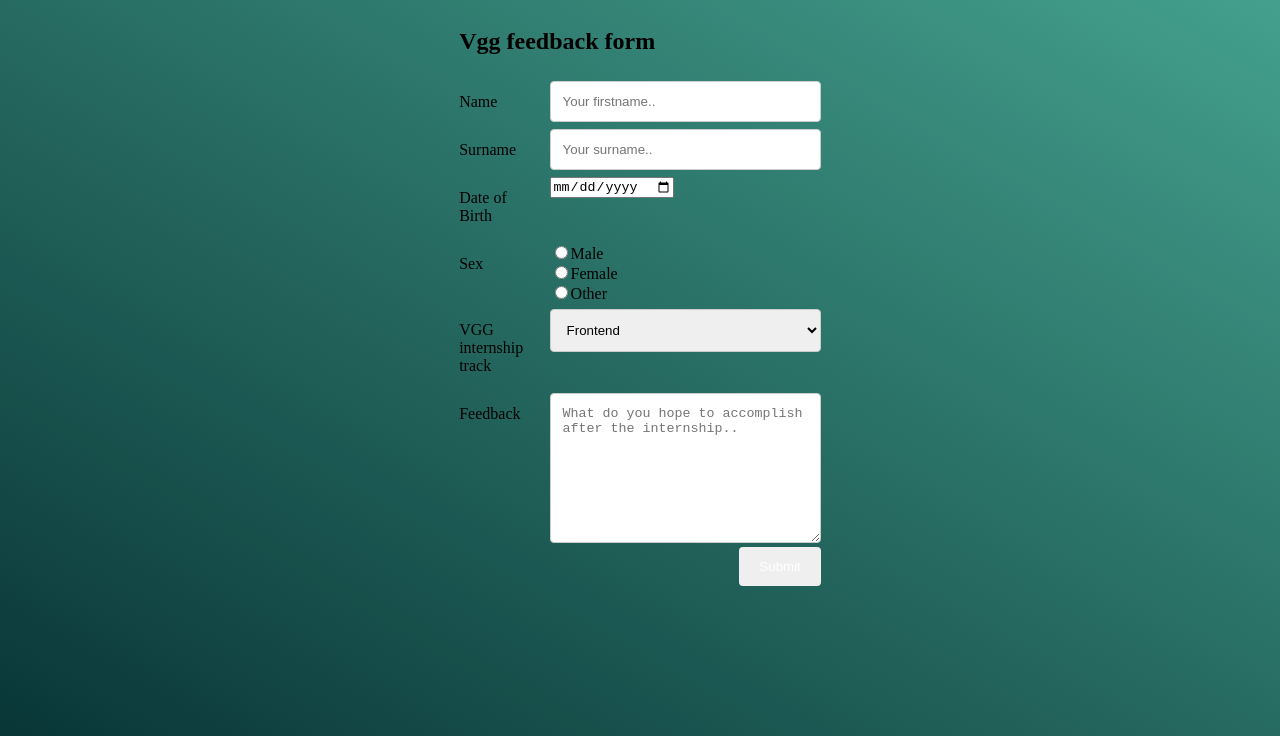
Repository: iphyokafor/VGG-Feedback-form
Page: index2.html
An editor plug-in stored every save of this project. The page is shown before and after the next save, followed by the edit.
The browser window is 1280 px wide. The pictures show the whole page.

Above is the page before, as saved 2020-01-13 00:32:27.

### index2.html
<!DOCTYPE html>
<html lang="en">

<head>
    <meta charset="UTF-8">
    <meta name="viewport" content="width=device-width, initial-scale=1.0">
    <meta http-equiv="X-UA-Compatible" content="ie=edge">
    <title>VGG feedback form</title>
    <link rel="stylesheet" href="./main.css">
</head>

<body>
    <div>
        <form action="action_page.php">
            <h2 class="heading">Vgg feedback form</h2>
            <div class="row">
                <div class="col-25">
                    <label for="name">Name</label>
                </div>
                <div class="col-75">
                    <input type="text" class="txtinput" id="name" name="name" placeholder="Your firstname..">
                </div>
            </div>
            <div class="row">
                <div class="col-25">
                    <label for="surname">Surname</label>
                </div>
                <div class="col-75">
                    <input type="text" class="txtinput" id="surname" name="surname" placeholder="Your surname..">
                </div>
            </div>
            <div class="row">
                <div class="col-25">
                    <label for="dob">Date of Birth</label>
                </div>
                <div class="col-75">
                    <input type="date" id="date" name="date">
                </div>
            </div>
            <div class="row">
                <div class="col-25">
                    <label for="sex">Sex</label>
                </div>
                <div class="col-75">
                    <input type="radio" name="gender">Male<br>
                    <input type="radio" name="gender">Female<br>
                    <input type="radio" name="gender">Other
                </div>
            </div>
            <div class="row">
                <div class="col-25">
                    <label for="VGG internship">VGG internship track</label>
                </div>
                <div class="col-75">
                    <select id="VGG internship" name="VGG">
            <option value="frontend">Frontend</option>
            <option value="backend">Backend</option>
            <option value="ui/ux">UI/UX</option>
            <option value="software">Software Quality Assurance</option>
            <option value="devops">DevOps</option>
          </select>
                </div>
            </div>
            <div class="row">
                <div class="col-25">
                    <label for="feedback">Feedback</label>
                </div>
                <div class="col-75">
                    <textarea id="feedback" name="feedback" placeholder="What do you hope to accomplish after the internship.." style="height:150px"></textarea>
                </div>
            </div>
            <div class="row">
                <input type="submit" class="btn" value="Submit">
            </div>
        </form>
    </div>

</body>

</html>

### main.css
/* Style inputs, select elements and textareas */

body {
    display: flex;
    justify-content: center;
    flex-wrap: wrap;
    background: linear-gradient(to right top, #093637, #44A08D);
    background-repeat: no-repeat;
    height: 100vh;
}

.txtinput,
select,
textarea {
    width: 100%;
    padding: 12px;
    border: 1px solid #ccc;
    border-radius: 4px;
    box-sizing: border-box;
    resize: vertical;
}


/* Style the label to display next to the inputs */

label {
    padding: 12px 12px 12px 0;
    display: inline-block;
}


/* Style the submit button */

.btn {
    background: linear-gradient(to right top, #191654);
    color: white;
    padding: 12px 20px;
    border: none;
    border-radius: 4px;
    cursor: pointer;
    float: right;
    transition: all 1s;
}

.btn:hover {
    transform: scale(1.1);
}


/* Style the container */

.container {
    border-radius: 5px;
    background-color: #f2f2f2;
    padding: 20px;
}


/* Floating column for labels: 25% width */

.col-25 {
    float: left;
    width: 25%;
    margin-top: 6px;
}


/* Floating column for inputs: 75% width */

.col-75 {
    float: left;
    width: 75%;
    margin-top: 6px;
}


/* Clear floats after the columns */

.row:after {
    content: "";
    display: table;
    clear: both;
}


/* Responsive layout - when the screen is less than 600px wide, make the two columns stack on top of each other instead of next to each other */

@media screen and (max-width: 600px) {
    .col-25,
    .col-75,
    input[type=submit] {
        width: 100%;
        margin-top: 0;
    }
}

After the next save:
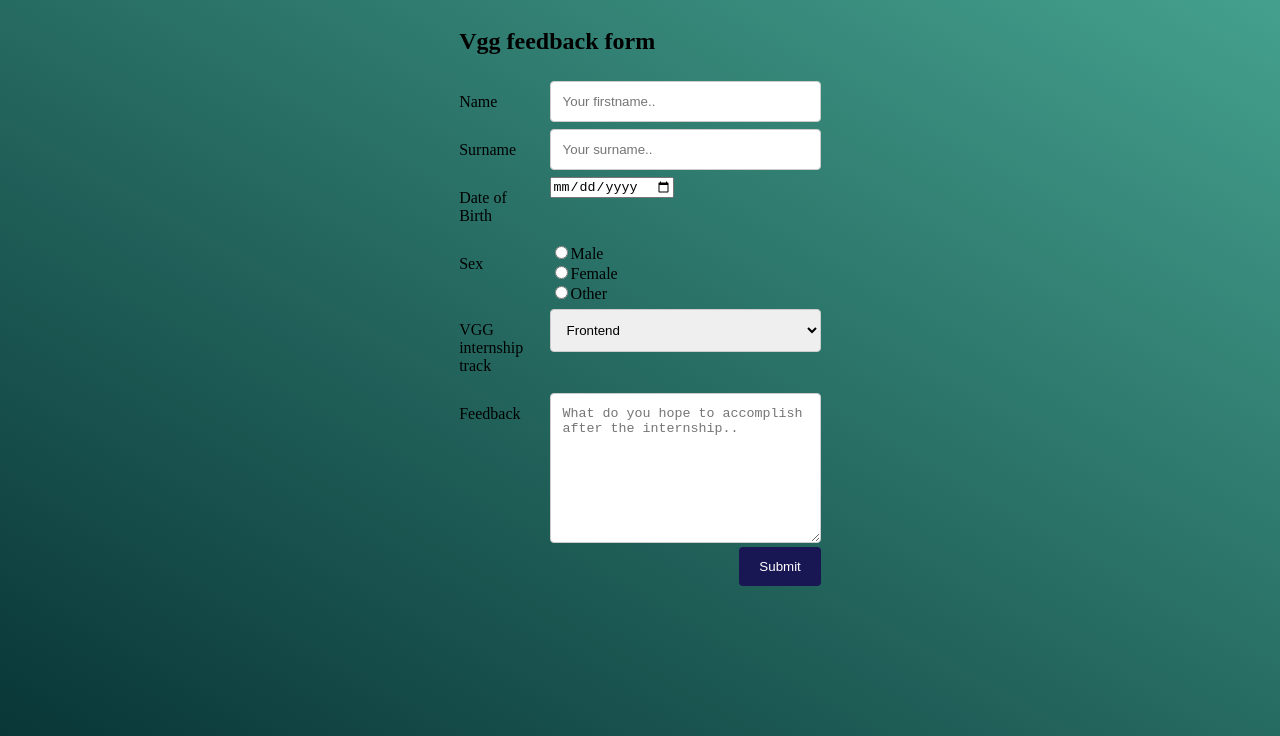
Saved 45 s later.
--- a/main.css
+++ b/main.css
@@ -32,7 +32,7 @@ label {
 /* Style the submit button */
 
 .btn {
-    background: linear-gradient(to right top, #191654);
+    background: linear-gradient(to right top, #191654, #191654);
     color: white;
     padding: 12px 20px;
     border: none;
